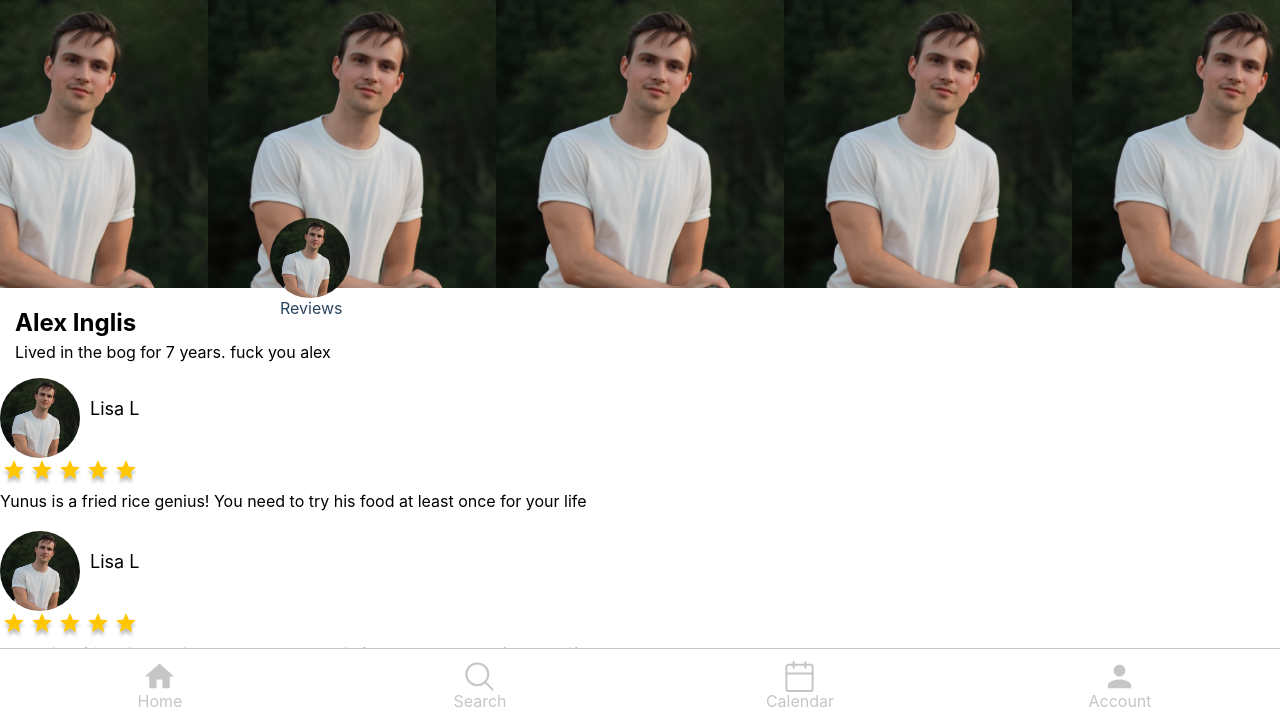
Repository: nguyenlejoe/HomeChef
Page: / (app in app/)
These files come from the project's save history. The page is drawn as it stood at one moment and after the next save; the edit follows.
The browser window is 1280 px wide. The pictures show the whole page.
An inner scrolling area shows only its first screen. The project was rebuilt for these pictures with package versions that can differ from the ones it lists, and the page was loaded fresh each time. Also part of the build but not shown: app/src/comps/MainButton/index.js.

Above is the page before, as saved 2020-11-07 14:44:51.

After the next save:
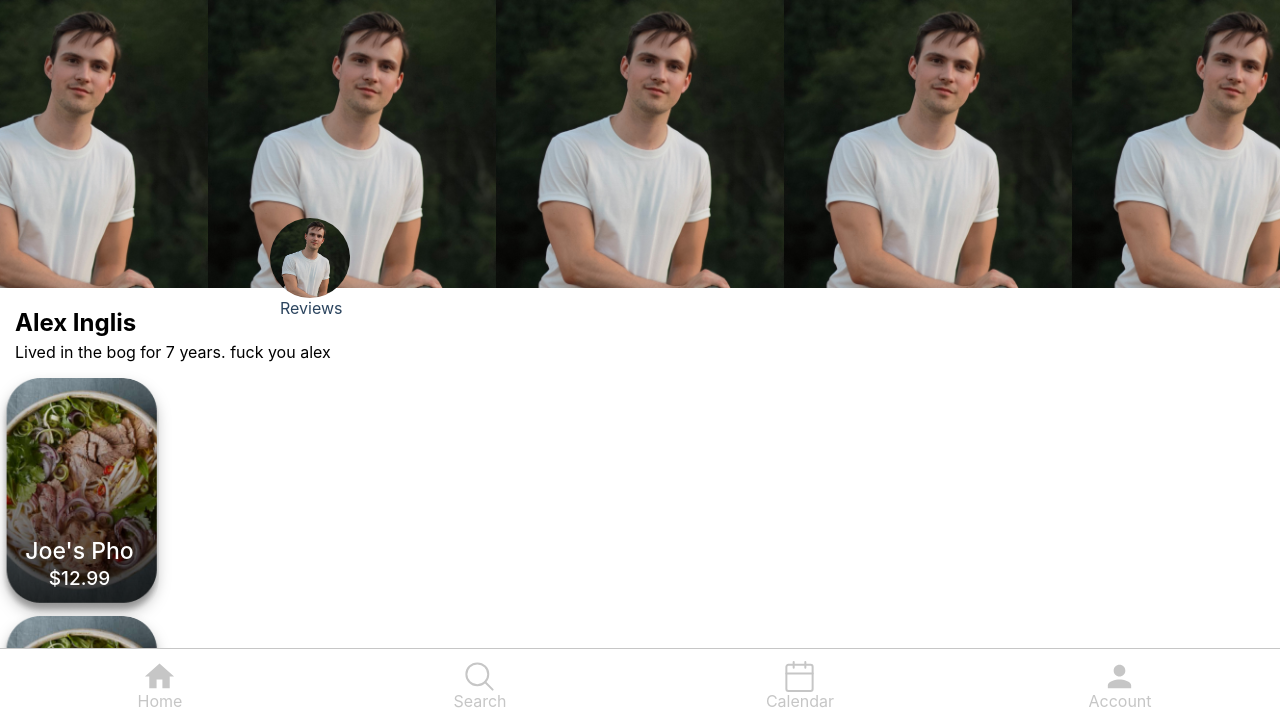
Saved 20 s later.
--- a/app/src/App.js
+++ b/app/src/App.js
@@ -1,7 +1,7 @@
 import React from 'react';
 //import logo from './logo.svg';
 //import './App.css';
-import Pages from './pages/ChefReview';
+import Pages from './pages/ChefPage';
 
 function App() {
   return (

After the save that followed:
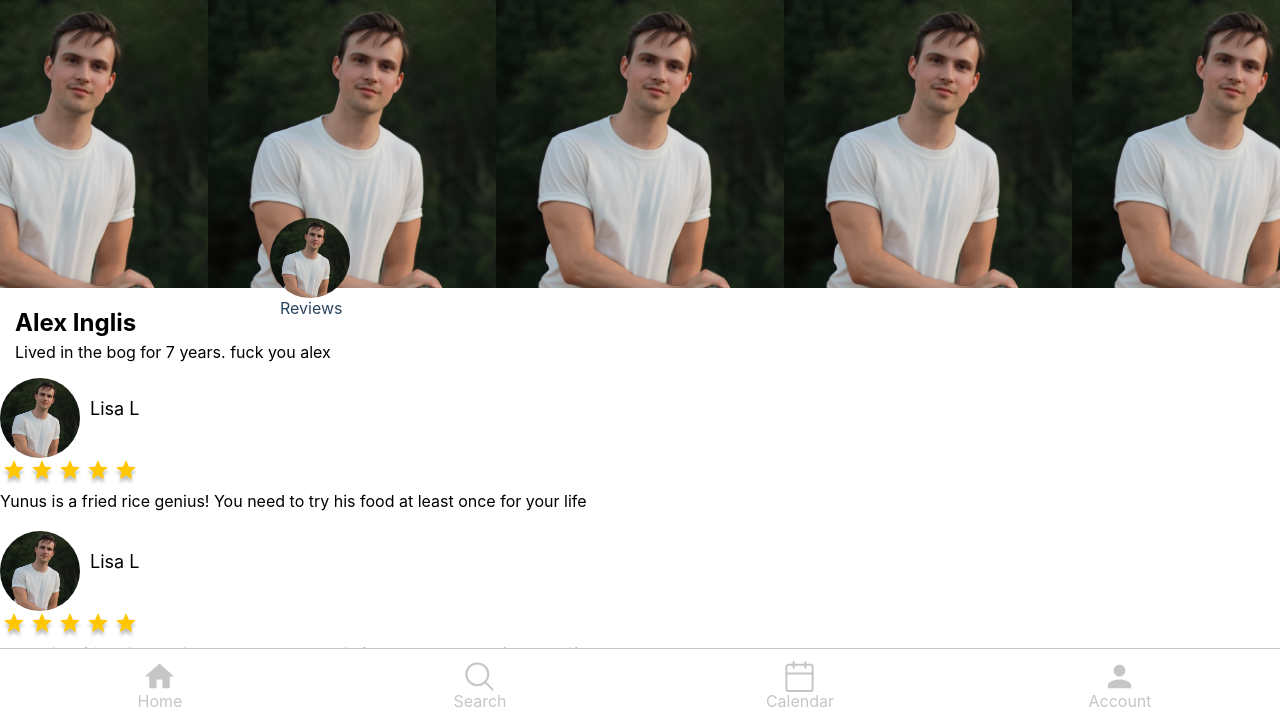
Saved 2 min 12 s later.
--- a/app/src/App.js
+++ b/app/src/App.js
@@ -1,7 +1,7 @@
 import React from 'react';
 //import logo from './logo.svg';
 //import './App.css';
-import Pages from './pages/ChefPage';
+import Pages from './pages/ChefReview';
 
 function App() {
   return (
